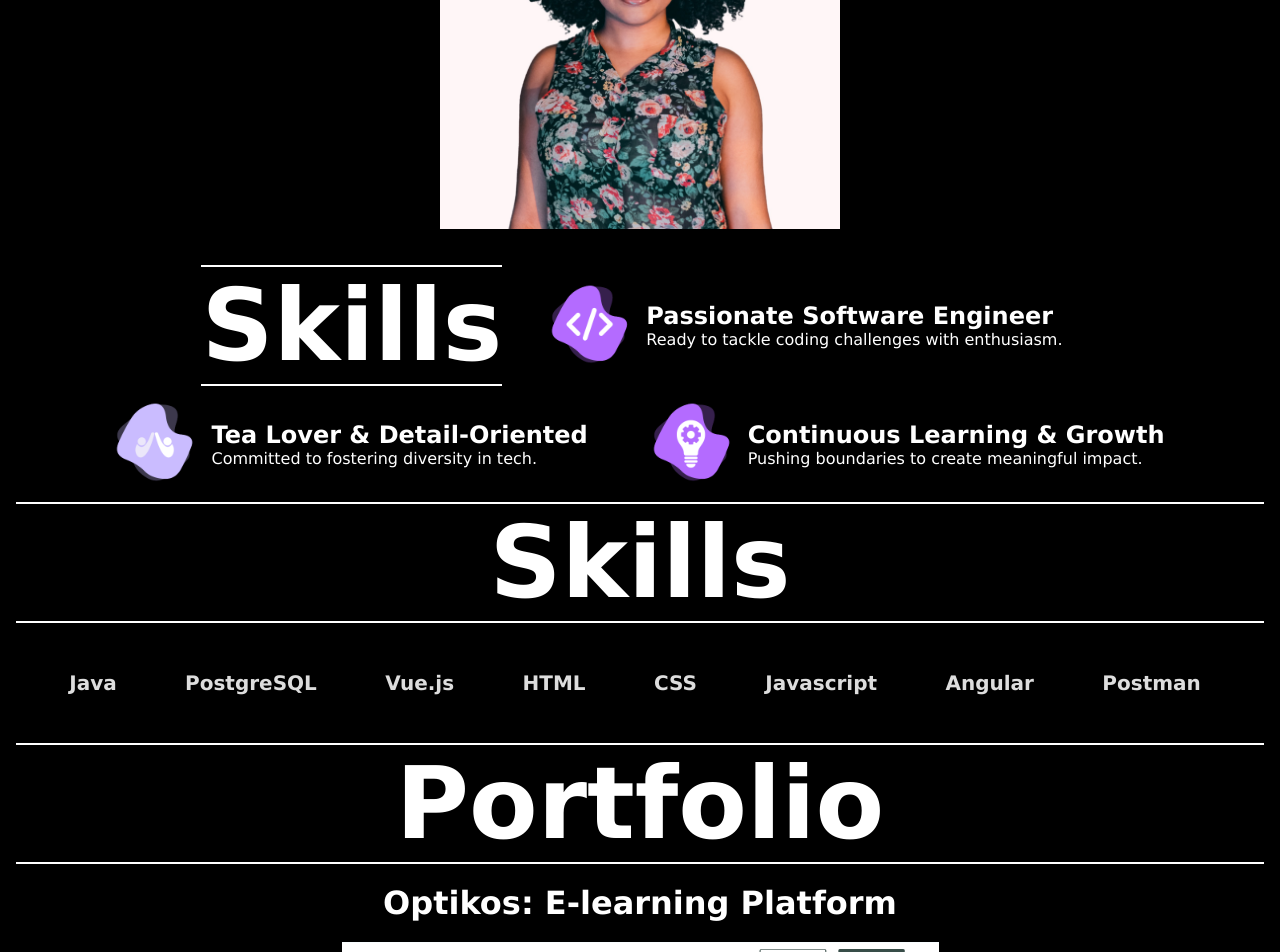
Repository: woodsdeshe/portfolio
Page: index.html
The author's editor kept a copy of each file at every save. The page is drawn from the files as they stood at one save, then again after the next save.
The browser window is 1280 px wide. The pictures show the part of the page from y = 1049 to 2001 px (the page is 2644 px tall before and 2575 px after).
A picture or video elsewhere on the page could not be fetched, so the positions and the page height are approximate. Some web fonts or font styles are not loaded; a fallback is used. Some web libraries are served in a nearby version.

Above is the page before, as saved 2023-06-11 16:33:29.

After the next save:
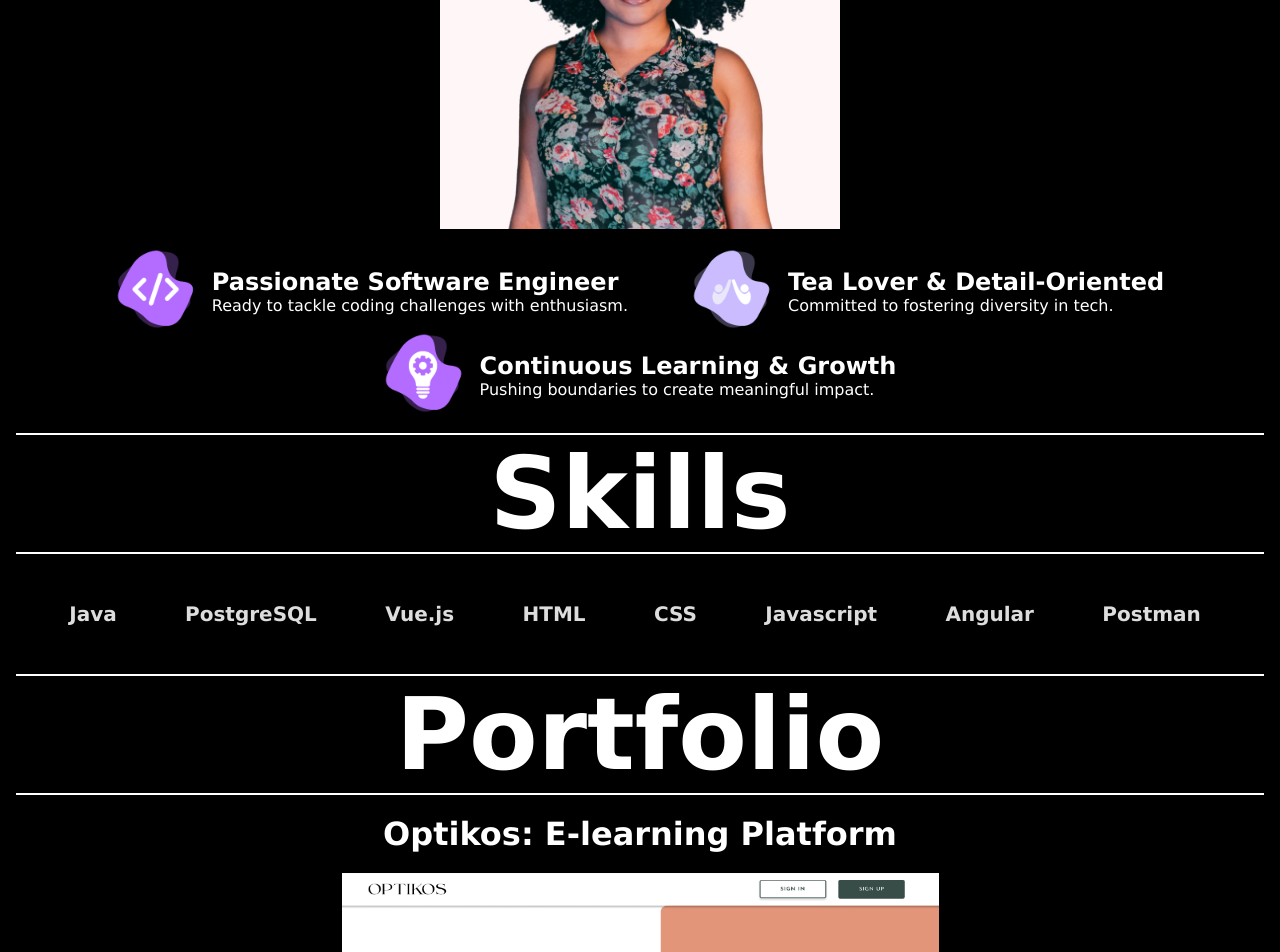
Saved 10 s later.
--- a/index.html
+++ b/index.html
@@ -32,9 +32,6 @@
         <img src="./images/Headshot.jpg" alt="Picture of DeShe Woods">
     </div>
     <div class="about-me">
-        <div class="skills-header" data-aos="fade-up">
-            <h1 id="skills">Skills</h1>
-        </div>
         <div class="about-container">
             <div class="logo">
                 <img src="./images/code-logo.png" alt="Software Engineer Logo">
